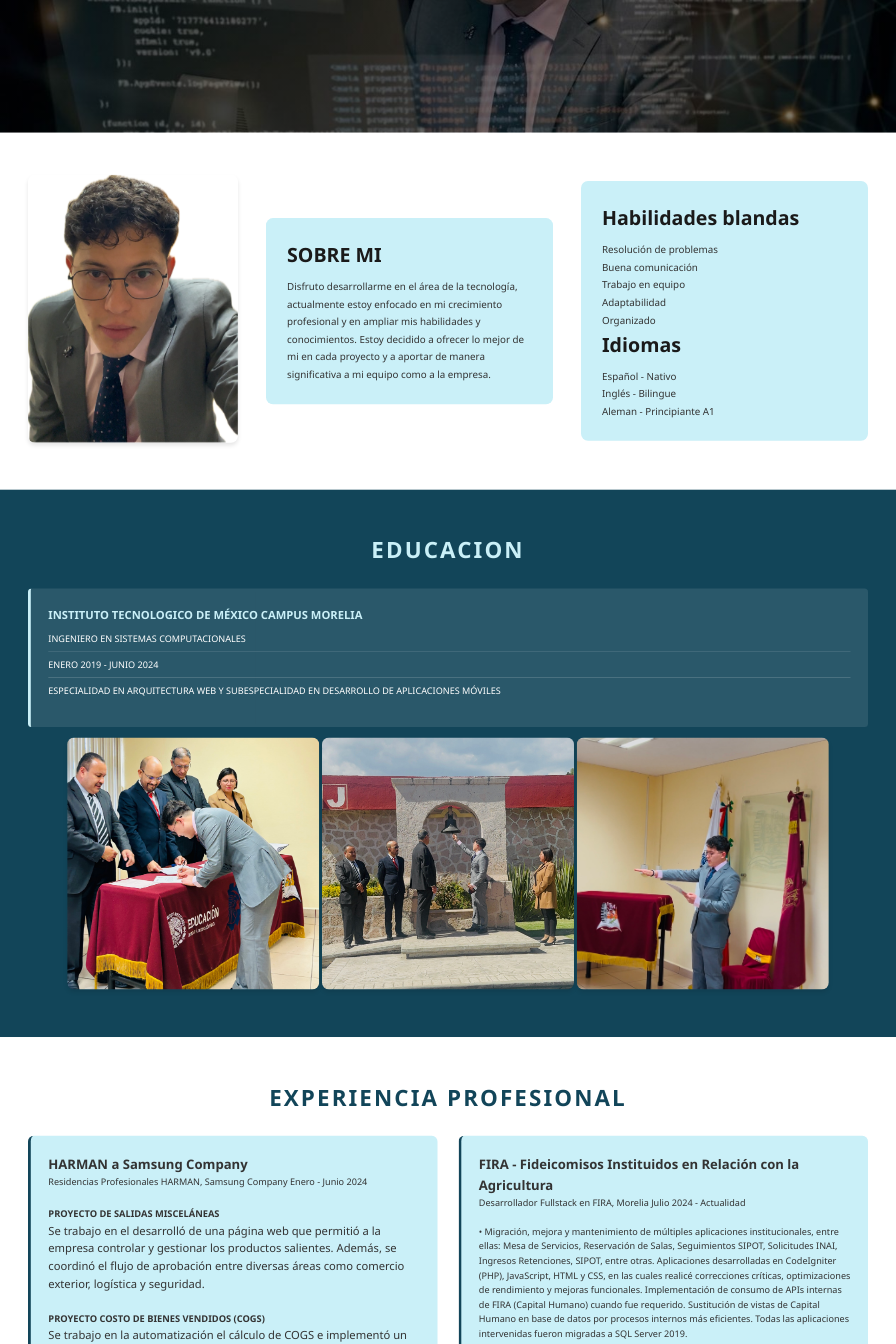
Repository: rafaelsilva2k/mi-portafolio
Page: index.html
The author's editor kept a copy of each file at every save. The page is drawn from the files as they stood at one save, then again after a run of saves.
The browser window is 1280 px wide. The pictures show the part of the page from y = 411 to 2331 px (the page is 3313 px tall before and 3561 px after), at 70% of full size.

Above is the page before, as saved 2026-04-17 13:50:56.

### index.html
<!DOCTYPE html>
<html lang="en">
<head>
    <meta charset="UTF-8">
    <meta name="viewport" content="width=device-width, initial-scale=1.0">
    <title>Rafael Fabian Silva Zapien</title>
    <link rel="stylesheet" href="styles.css">
</head>
<body>
    <!-- HEADER: Nombre, Profesión y Menú de Navegación -->
    <header class="header">
        <div class="header-content">
            <div class="logo-section">
                <h1>Rafael Fabian Silva Zapien</h1>
                <p class="profession">INGENIERO EN SISTEMAS COMPUTACIONALES</p>
            </div>

            <nav class="navbar">
                <ul>
                    <li><a href="#sobre-mi">SOBRE MI</a></li>
                    <li><a href="#educacion">EDUCACION</a></li>
                    <li><a href="#experiencia">EXPERIENCIA</a></li>
                    <li><a href="#proyectos">PROYECTOS</a></li>
                    <li><a href="#contacto">CONTACTO</a></li>
                </ul>
            </nav>
        </div>
    </header>

    <!-- HERO SECTION: Imagen grande con texto "Desarrollador Web Fullstack" -->
     <section class="hero">
        <div class="hero-content">
            <h2>Desarrollador Web<br>Fullstack</h2>
        </div>
     </section>

     <!-- SECCIÓN SOBRE MÍ: Foto + Descripción -->
      <section id="sobre-mi" class="sobre-mi">
        <div class="sobre-mi-container">
            <div class="sobre-mi-foto">
                <img src="images/me.png" alt="Rafael Silva">
            </div>
            <div class="sobre-mi-texto">
                <h2>SOBRE MI</h2>
                <p>Disfruto desarrollarme en el área de la tecnología, actualmente estoy enfocado en mi crecimiento profesional y en ampliar mis habilidades y conocimientos. Estoy decidido a ofrecer lo mejor de mi en cada proyecto y a aportar de manera significativa a mi equipo como a la empresa.</p>
            </div>
            <div class="sobre-mi-texto">
                <div class="sobre-mi-habilidades">
                    <div>
                    <h2>Habilidades blandas</h2>
                    <p> Resolución de problemas <br> Buena comunicación <br> Trabajo en equipo  <br> Adaptabilidad <br> Organizado</p>
                <div>
                <div>
                    <h2>Idiomas</h2>
                    <p>Español - Nativo <br> Inglés - Bilingue <br> Aleman - Principiante A1</p>
                </div>
                </div>
            </div>
        </div>
      </section>

      <!--Seccion de Educacion-->
      <section id="educacion" class="educacion">
        <h2>EDUCACION</h2>
        <div class="educacion-content">
            <div class="educacion-item">
                <h4>INSTITUTO TECNOLOGICO DE MÉXICO CAMPUS MORELIA</h4>
                <p>INGENIERO EN SISTEMAS COMPUTACIONALES</p>
                <p>ENERO 2019 - JUNIO 2024</p>
                <p>ESPECIALIDAD EN ARQUITECTURA WEB Y SUBESPECIALIDAD EN DESARROLLO DE APLICACIONES MÓVILES</p>
            </div>
            <div class="education-item">
                <div class="education-photos">
                    <img src="images/FirmaTitulacion.jpeg">
                    <img src="images/campanaTitulacion.jpeg">
                    <img src="images/titulacion.jpeg">
                </div>
            </div>
        </div>
      </section>

      <section id="experiencia" class="experiencia">
        <h2>EXPERIENCIA PROFESIONAL</h2>
            <div class="experiencia-content">
                <div class="experiencia-item">
                    <h3>HARMAN a Samsung Company</h3>
                    <p>Residencias Profesionales HARMAN, Samsung Company Enero - Junio 2024 </p><br>
                    <h5>PROYECTO DE SALIDAS MISCELÁNEAS</h5>
                    <p></p>Se trabajo en el desarrolló de una página web que permitió a la empresa
                    controlar y gestionar los productos salientes. Además, se coordinó el flujo de
                    aprobación entre diversas áreas como comercio exterior, logística y seguridad. <br> <br>
                    <h5>PROYECTO COSTO DE BIENES VENDIDOS (COGS)</h5>
                    Se trabajo en la automatización el cálculo de COGS e implementó un módulo
                    que agiliza la obtención de datos para el reporte de COGS, logrando un análisis
                    más detallado y una representación gráfica eficaz de la información.</p>
                </div>
                <div class="experiencia-item">
                    <h3>FIRA - Fideicomisos Instituidos en Relación con la Agricultura</h3>
                    <p>Desarrollador Fullstack en FIRA, Morelia Julio 2024 - Actualidad <br> <br>
                    • Migración, mejora y mantenimiento de múltiples aplicaciones institucionales,
                    entre ellas: Mesa de Servicios, Reservación de Salas, Seguimientos SIPOT,
                    Solicitudes INAI, Ingresos Retenciones, SIPOT, entre otras.
                    Aplicaciones desarrolladas en CodeIgniter (PHP), JavaScript, HTML y CSS,
                    en las cuales realicé correcciones críticas, optimizaciones de rendimiento y
                    mejoras funcionales.
                    Implementación de consumo de APIs internas de FIRA (Capital Humano)
                    cuando fue requerido.
                    Sustitución de vistas de Capital Humano en base de datos por procesos
                    internos más eficientes.
                    Todas las aplicaciones intervenidas fueron migradas a SQL Server 2019. <br>
                    • Desarrollo de un módulo completo dentro de la aplicación Reservación de
                    Salas para la gestión y reservación de cargadores eléctricos para vehículos del
                    personal interno.<br>
                    • Colaboración en la aplicación Siniestralidad, desarrollada originalmente en
                    ASP, la cual fue migrada a SQL Server 2019 y sometida a una limpieza y
                    depuración general. Posteriormente se detectaron fallas en el funcionamiento y
                    realicé los ajustes necesarios para su correcta operación.<br>
                    • Participación en la migración de la aplicación Firma Electrónica, actualizando
                    la plataforma de Java 1.4 a Java 17, así como la migración de Tomcat y todos
                    los cambios estructurales requeridos para garantizar compatibilidad y
                    estabilidad.<br>
                    • Elaboración de documentación técnica detallada para todos los proyectos,
                    facilitando futuras tareas de mantenimiento, soporte y transferencia de
                    conocimiento dentro del equipo. Apoyo adicional en la preparación de
                    documentación para describir cambio</p>
                </div>
            </div>
      </section>

      <!--Seccion de proyectos-->
      <section id="proyectos" class="proyectos">
        <h2>PROYECTOS</h2>
        <div class="proyectos-content">
            <div class="proyectos-item">
                <h4>Primer proyecto</h4>
                <img src="" alt="Proyecto-1-name">
            </div>
            <div class="proyectos-item">
                <h4> Segundo proyecto</h4>
                <img src="" alt="Proyecto-2-name">
            </div>
            <div class="proyectos-item">
                <h4>Tercer proyecto</h4>
                <img src="" alt="proyecto-3-name">
            </div>
        </div>
      </section>

      <section id="contacto" class="contacto">
        <h2>Contacto</h2>
        <div class="contacto-content">
            <p>Email: rafaelsilva2k256@gmail.com</p>
            <p>LinkedIn: <a href="www.linkedin.com/in/rafael-fabian-silva-zapien-a124ba247">Perfil de Linkedin</a></p>
            <p>GitHub: <a href="#">Tu GitHub</a></p>
        </div>
      </section>

      <!--footer-->
      <footer class="footer">
        <p>&copy; 2024 Rafael Fabian Silva Zapien. Todos los derechos reservados.</p>
      </footer>

      <script src="script.js"></script>
</body>
</html>

### styles.css
/* ============================================
   RESET Y VARIABLES GLOBALES
   ============================================ */

* {
    margin: 0;
    padding: 0;
    box-sizing: border-box;
}

:root {
    --color-primary: #caf0f8;      /* Amarillo */
    --color-secondary: #124559;    /* Dorado/Marrón */
    --color-dark: #1a1a1a;         /* Negro */
    --color-text: #333333;         /* Texto gris oscuro */
    --color-white: #ffffff;        /* Blanco */
}

body {
    font-family: 'Segoe UI', Tahoma, Geneva, Verdana, sans-serif;
    color: var(--color-text);
    line-height: 1.6;
}

/* ============================================
   HEADER - Menú y nombre
   ============================================ */

.header {
    background-color: var(--color-primary);
    padding: 20px 0;
    border-bottom: 3px solid var(--color-secondary);
    position: sticky;
    top: 0;
    z-index: 100;
}

.header-content {
    max-width: 1200px;
    margin: 0 auto;
    padding: 0 20px;

    /* FLEXBOX: Alinea nombre a la izquierda y menú a la derecha */
    display: flex;
    justify-content: space-between;
    align-items: center;
}

.logo-section h1 {
    font-size: 24px;
    font-weight: bold;
    color: var(--color-dark);
}

.profession {
    font-size: 12px;
    color: var(--color-text);
    letter-spacing: 2px;
}

/* NAVEGACIÓN - Menú horizontal */
.navbar ul {
    list-style: none;

    /* FLEXBOX: Alinea los items del menú horizontalmente */
    display: flex;
    gap: 30px;
}

.navbar a {
    text-decoration: none;
    color: var(--color-text);
    font-size: 14px;
    font-weight: 500;
    transition: color 0.3s ease;
}

.navbar a:hover {
    color: var(--color-secondary);
}

/* ============================================
   HERO SECTION - Imagen grande
   ============================================ */

.hero {
    background: linear-gradient(rgba(0, 0, 0, 0.5), rgba(0, 0, 0, 0.5)),
                url('images/iaGeneratedMe.jpeg');
    background-size: cover;
    background-position: center;
    height: 500px;

    /* FLEXBOX: Centra el texto en el hero */
    display: flex;
    align-items: center;
    justify-content: center;
    text-align: center;
}

.hero-content h2 {
    font-size: 48px;
    color: var(--color-primary);
    font-weight: bold;
    text-shadow: 2px 2px 4px rgba(0, 0, 0, 0.7);
}

/* ============================================
   SECCIÓN SOBRE MÍ
   ============================================ */

.sobre-mi {
    padding: 60px 20px;
    background-color: var(--color-white);
}

.sobre-mi-container {
    max-width: 1200px;
    margin: 0 auto;

    /* FLEXBOX: Alinea foto a la izquierda y texto a la derecha */
    display: flex;
    gap: 40px;
    align-items: center;
}

.sobre-mi-foto {
    flex: 0 0 300px;  /* Ancho fijo de 300px */
}

.sobre-mi-foto img {
    width: 100%;
    border-radius: 10px;
    box-shadow: 0 4px 6px rgba(0, 0, 0, 0.1);
}

.sobre-mi-texto {
    flex: 1;  /* Ocupa el espacio restante */
    background-color: var(--color-primary);
    padding: 30px;
    border-radius: 10px;
}

.sobre-mi-texto h2 {
    font-size: 28px;
    margin-bottom: 10px;
    color: var(--color-dark);
}

.sobre-mi-texto h3 {
    font-size: 14px;
    letter-spacing: 2px;
    margin-bottom: 20px;
    color: var(--color-secondary);
}

.sobre-mi-texto p {
    font-size: 14px;
    line-height: 1.8;
    color: var(--color-text);
}

.sobre-mi-habilidades {
    max-width: 1200px;
    margin: 0 auto;

    /* FLEXBOX: Alinea foto a la izquierda y texto a la derecha */
    display: flex;
    gap: 40px;
    align-items: center;
}


/* ============================================
   SECCIÓN EDUCACIÓN
   ============================================ */

.educacion {
    padding: 60px 20px;
    background-color: var(--color-secondary);
    color: var(--color-white);
}

.educacion h2 {
    font-size: 32px;
    margin-bottom: 30px;
    text-align: center;
    color: var(--color-primary);
    letter-spacing: 3px;
}

.educacion-content {
    max-width: 1200px;
    margin: 0 auto;
}

.educacion-item {
    background-color: rgba(255, 255, 255, 0.1);
    padding: 25px;
    margin-bottom: 15px;
    border-left: 4px solid var(--color-primary);
    border-radius: 5px;
}

.educacion-item h4 {
    font-size: 16px;
    margin-bottom: 10px;
    color: var(--color-primary);
}

.educacion-item p {
    font-size: 13px;
    margin-bottom: 8px;
    padding-bottom: 8px;
    border-bottom: 1px solid rgba(255, 255, 255, 0.2);
}

.educacion-item p:last-child {
    border-bottom: none;
}

.education-photos {
    flex: 0 0 300px;  /* Ancho fijo de 300px */
    text-align: center;
}

.education-photos img {
    width: 30%;
    border-radius: 10px;
    box-shadow: 0 4px 6px rgba(0, 0, 0, 0.1);
}

/* ============================================
   SECCIÓN EXPERIENCIA
   ============================================ */

.experiencia {
    padding: 60px 20px;
    background-color: var(--color-white);
}

.experiencia h2 {
    font-size: 32px;
    margin-bottom: 30px;
    text-align: center;
    color: var(--color-secondary);
    letter-spacing: 3px;
}

.experiencia-content {
    max-width: 1200px;
    margin: 0 auto;

    /* FLEXBOX: Coloca los items uno al lado del otro */
    display: flex;
    gap: 30px;
}

.experiencia-item {
    flex: 1;
    background-color: var(--color-primary);
    padding: 25px;
    border-radius: 8px;
    border-left: 4px solid var(--color-secondary);
}

.experiencia-item h4 {
    font-size: 16px;
    margin-bottom: 10px;
    color: var(--color-dark);
}

.experiencia-item p {
    font-size: 13px;
    color: var(--color-text);
}

/* ============================================
   SECCIÓN PROYECTOS
   ============================================ */

.proyectos {
    padding: 60px 20px;
    background-color: var(--color-primary);
}

.proyectos h2 {
    font-size: 32px;
    margin-bottom: 30px;
    text-align: center;
    color: var(--color-secondary);
    letter-spacing: 3px;
}

.proyectos-content {
    max-width: 1200px;
    margin: 0 auto;

    /* FLEXBOX: Coloca las tarjetas en 3 columnas */
    display: flex;
    gap: 25px;
    justify-content: space-between;
}

.proyectos-item {
    flex: 1;
    background-color: var(--color-white);
    padding: 20px;
    border-radius: 8px;
    box-shadow: 0 2px 8px rgba(0, 0, 0, 0.1);
    transition: transform 0.3s ease;
}

.proyectos-item:hover {
    transform: translateY(-5px);
}

.proyectos-item h4 {
    font-size: 16px;
    margin-bottom: 15px;
    color: var(--color-dark);
}

.proyectos-item img {
    width: 100%;
    height: 200px;
    object-fit: cover;
    border-radius: 5px;
    background-color: var(--color-secondary);
}

/* ============================================
   SECCIÓN CONTACTO
   ============================================ */

.contacto {
    padding: 60px 20px;
    background-color: var(--color-secondary);
    color: var(--color-white);
    text-align: center;
}

.contacto h2 {
    font-size: 32px;
    margin-bottom: 30px;
    color: var(--color-primary);
    letter-spacing: 3px;
}

.contacto-content {
    max-width: 600px;
    margin: 0 auto;
    font-size: 14px;
    line-height: 2;
}

.contacto-content a {
    color: var(--color-primary);
    text-decoration: none;
    font-weight: bold;
}

.contacto-content a:hover {
    text-decoration: underline;
}

/* ============================================
   FOOTER
   ============================================ */

.footer {
    background-color: var(--color-dark);
    color: var(--color-white);
    text-align: center;
    padding: 20px;
    font-size: 12px;
}

/* ============================================
   RESPONSIVE - Para dispositivos móviles
   ============================================ */

@media (max-width: 768px) {
    .header-content {
        flex-direction: column;
        gap: 20px;
    }

    .navbar ul {
        gap: 15px;
        font-size: 12px;
    }

    .sobre-mi-container {
        flex-direction: column;
    }

    .sobre-mi-foto {
        flex: 0 0 200px;
    }

    .experiencia-content {
        flex-direction: column;
    }

    .proyectos-content {
        flex-direction: column;
    }

    .hero-content h2 {
        font-size: 32px;
    }
}

Loaded but not shown: script.js (no copy from this time; the picture is the same without it)

After the next 2 saves:
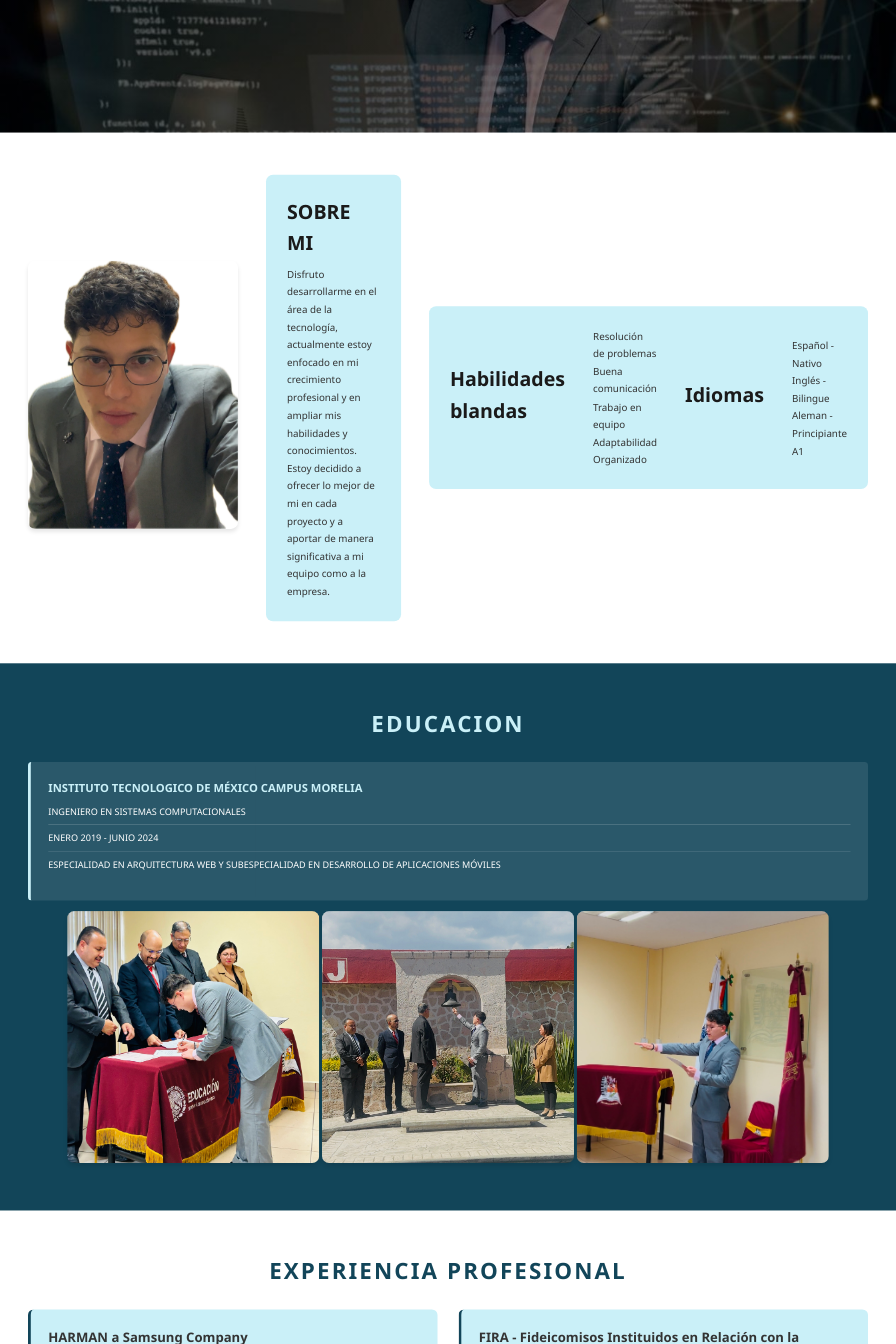
The 2 saves are shown as one change because they came seconds apart.
The last was saved 22 s later.
--- a/index.html
+++ b/index.html
@@ -46,14 +46,12 @@
             </div>
             <div class="sobre-mi-texto">
                 <div class="sobre-mi-habilidades">
-                    <div>
                     <h2>Habilidades blandas</h2>
                     <p> Resolución de problemas <br> Buena comunicación <br> Trabajo en equipo  <br> Adaptabilidad <br> Organizado</p>
                 <div>
-                <div>
+                <div class="sobre-mi-habilidades">
                     <h2>Idiomas</h2>
                     <p>Español - Nativo <br> Inglés - Bilingue <br> Aleman - Principiante A1</p>
-                </div>
                 </div>
             </div>
         </div>
